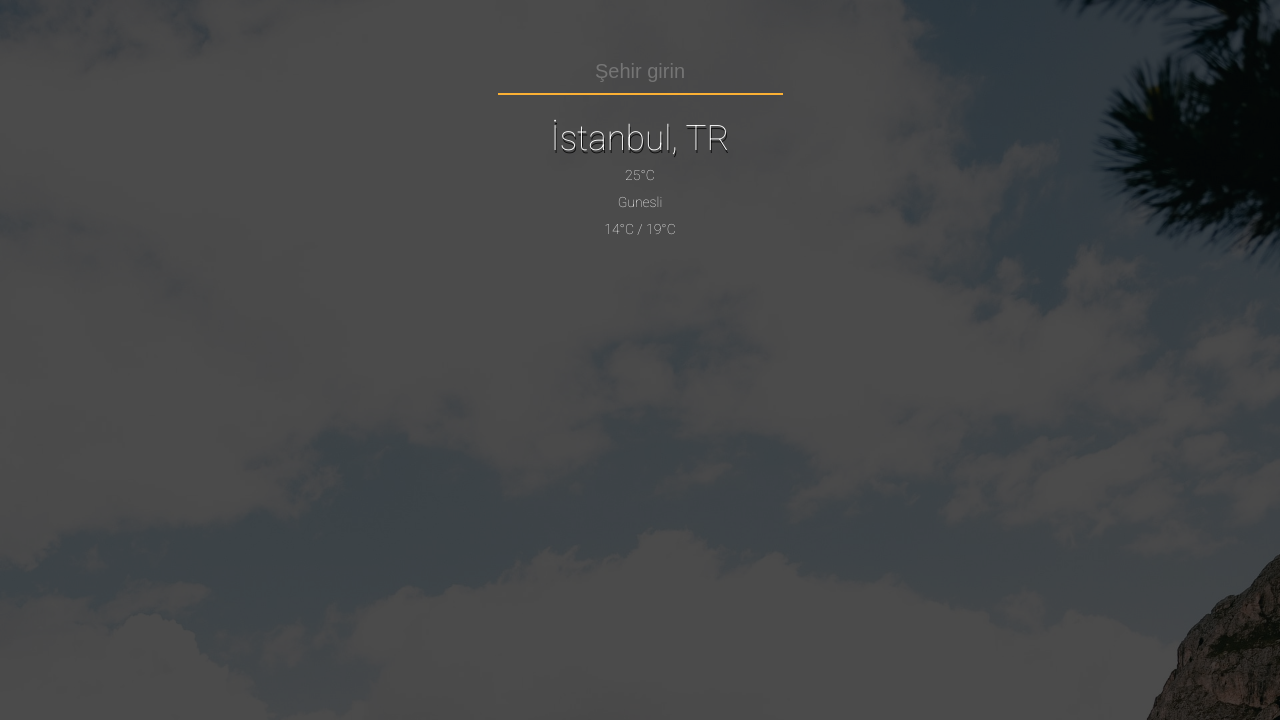
Repository: DogukanSAVA/havadurumu
Page: index.html
The author's editor kept a copy of each file at every save. The page is drawn from the files as they stood at one save, then again after the next save.
The browser window is 1280 px wide. The pictures show the whole page.

Above is the page before, as saved 2021-09-16 12:03:26.

### index.html
<!DOCTYPE html>
<html lang="en">

<head>
          <meta charset="UTF-8">
          <meta http-equiv="X-UA-Compatible" content="IE=edge">
          <meta name="viewport" content="width=device-width, initial-scale=1.0">
          <title>Document</title>
          <link rel="preconnect" href="https://fonts.googleapis.com">
          <link rel="preconnect" href="https://fonts.gstatic.com" crossorigin>
          <link href="https://fonts.googleapis.com/css2?family=Roboto:wght@100&display=swap" rel="stylesheet">
          <link rel="stylesheet" href="style.css">

</head>

<body>
          <div class="app">
                    <div class="header">
                              <div class="h1">
                                        <input type="text" id="searchBar" placeholder="Şehir girin">
                              </div>

                    </div>

                    <div class="content">
                              <div class="city">İstanbul, TR</div>
                              <div class="temp">25°C</div>
                              <div class="desc">Gunesli</div>
                              <div class="minmax">14°C / 19°C</div>
                    </div>
          </div>

          <script src="script.js"></script>
</body>

</html>

### style.css
* {
  margin: 0;
  padding: 0;
  border: 0;
  box-sizing: border-box;
}

html,
body {
  font-family: "Roboto", sans-serif;
  font-size: 14px;
  font-weight: 400;
  line-height: 27px;
  color: #fff;
  background-image: url(kristaps-ungurs-IsoWEQtvlBU-unsplash.jpg);
  background-repeat: no-repeat;
  background-size: cover;
  height: 100vh;
}

.app {
  display: flex;
  flex-direction: column;
  align-items: center;
  text-align: center;
  background: rgba(0, 0, 0, 0.7);
  height: 100vh;
}

.header {
  padding: 50px 20px 30px 20px;
}
.header h1 {
  font-size: 50px;
  color: #fbb034;
  text-shadow: 1px 3px rgba(0, 0, 0, 0.9);
}

.header input {
  width: 100%;
  padding: 10px;
  background: transparent;
  border: 0;
  outline: 0;
  border-bottom: 2px solid #fbb034;
  text-align: center;
  font-size: 20px;
  color: #f2f2f2;
}

.header placeholder{}

.city {
  font-size: 35px;
  font-weight: 500;
  margin-bottom: 10px;
  text-shadow: 1px 3px rgba(0,0,0,.8);
}

Loaded but not shown: script.js (no stored copy; drawn as an empty file)

After the next save:
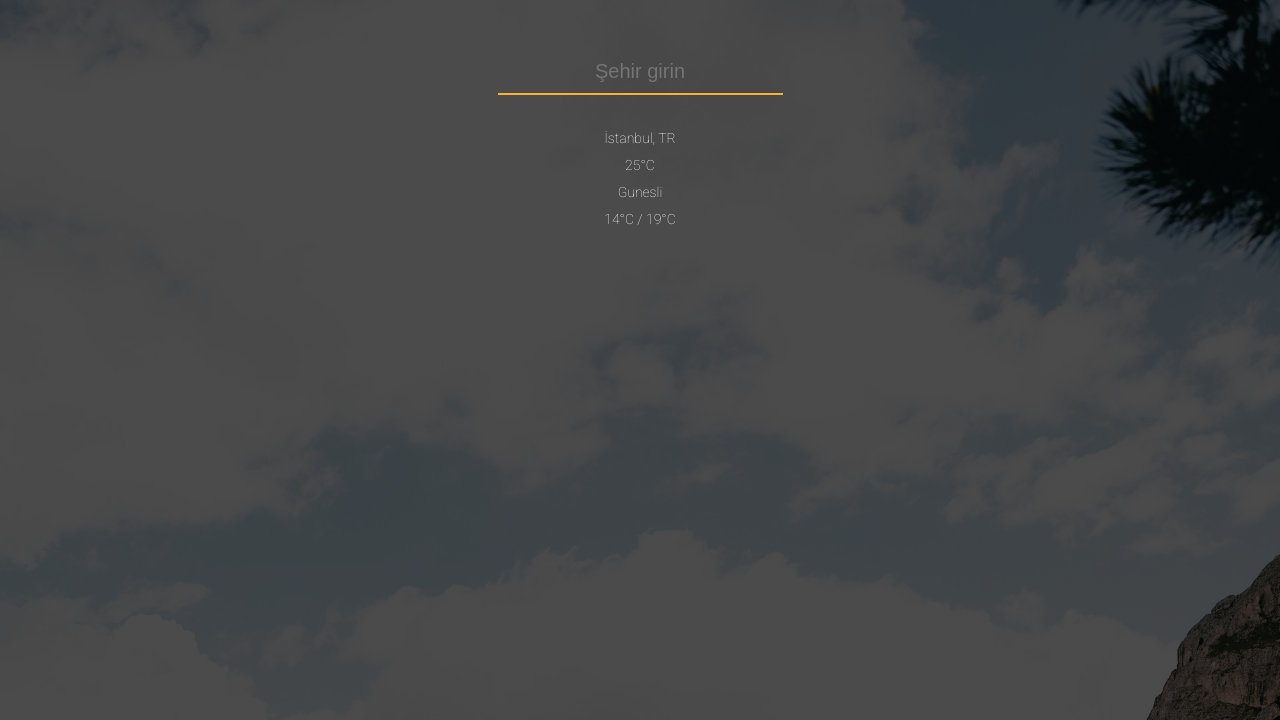
Saved 4 s later.
--- a/style.css
+++ b/style.css
@@ -48,7 +48,7 @@
   color: #f2f2f2;
 }
 
-.header placeholder{}
+.header
 
 .city {
   font-size: 35px;

After the 3 saves that followed:
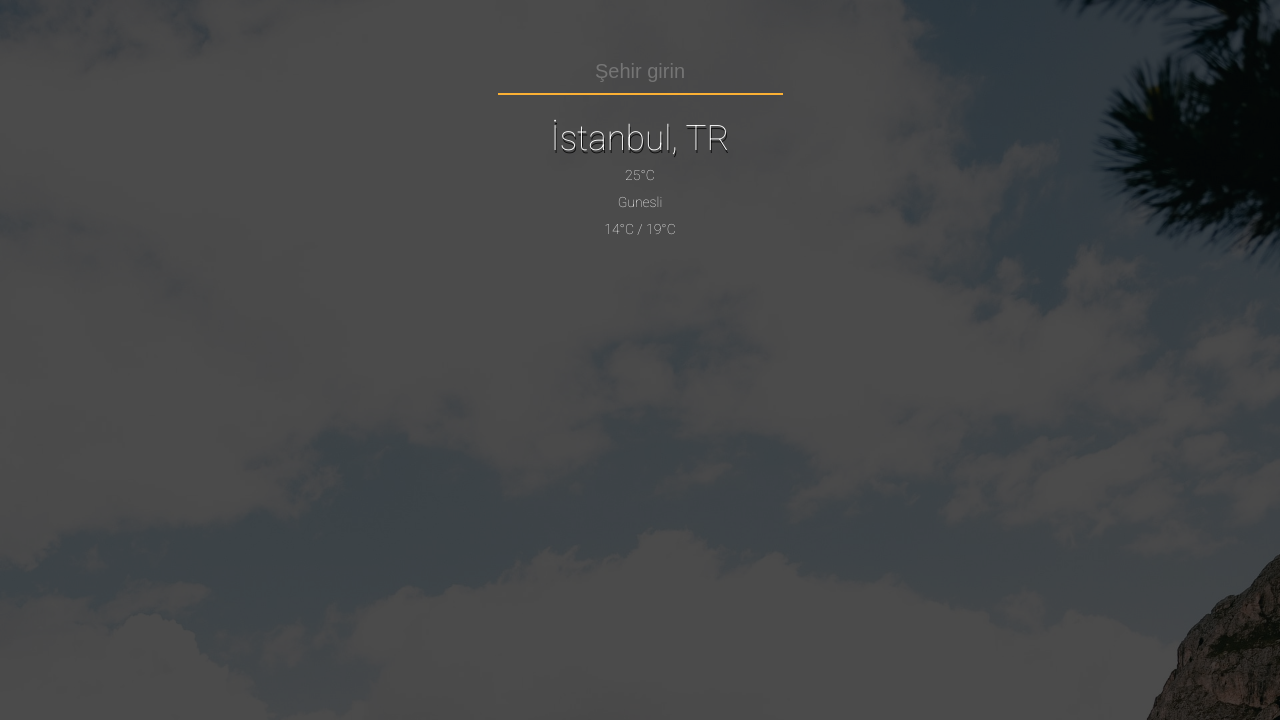
The 3 saves are shown as one change because they came seconds apart.
The last was saved 24 s later.
--- a/style.css
+++ b/style.css
@@ -45,10 +45,10 @@
   border-bottom: 2px solid #fbb034;
   text-align: center;
   font-size: 20px;
-  color: #f2f2f2;
+  color: #fbb034;
 }
 
-.header
+
 
 .city {
   font-size: 35px;
